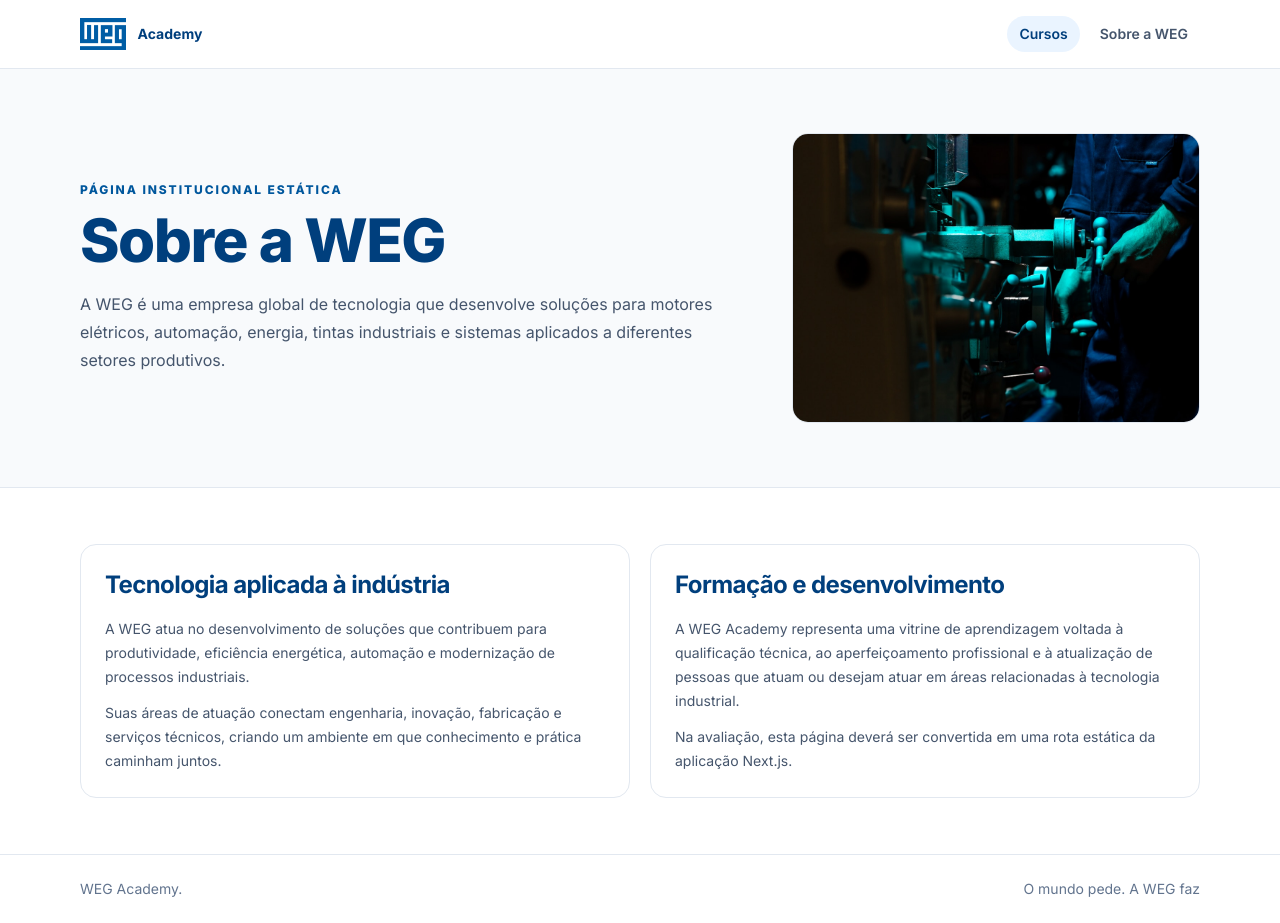
Repository: gustavoheckESTUDANTE/prova-next-mi79
Page: /sobre
The author's editor kept a copy of each file at every save. The page is drawn from the files as they stood at one save, then again after a run of saves.
The browser window is 1280 px wide. The pictures show the whole page.
The project was rebuilt for these pictures with package versions that can differ from the ones it lists, and the page was loaded fresh each time. The framework's server and built-in components were replaced by stand-ins that run in the browser. Also part of the build but not shown: next.config.mjs.

Above is the page before, as saved 2026-07-10 10:23:31.

After the next 4 saves:
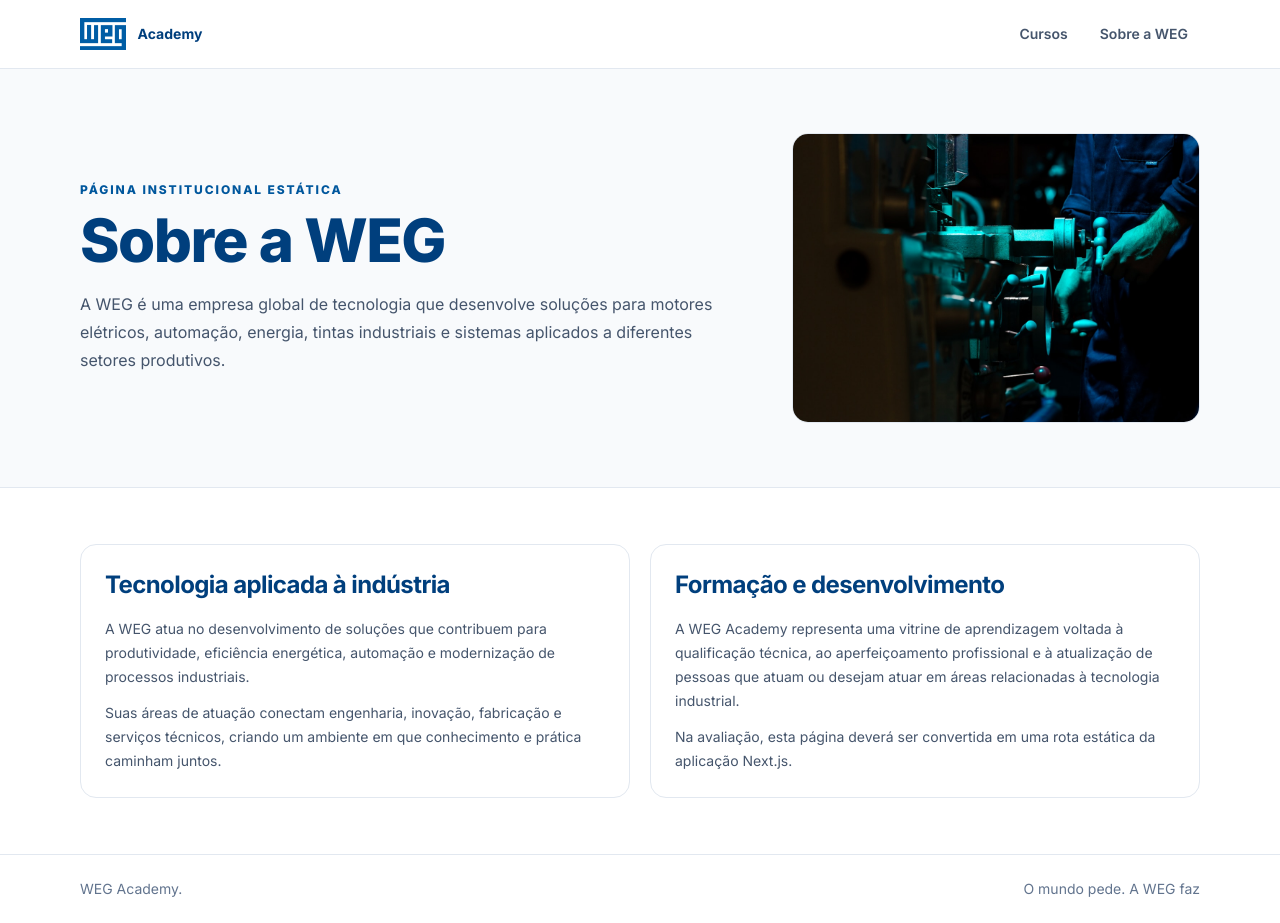
The 4 saves are shown as one change because 1 did not build or start and some came seconds apart.
The last was saved 103 s later.
--- a/src/components/shared/Header.js
+++ b/src/components/shared/Header.js
@@ -16,7 +16,7 @@
     let cursosButtonClassName;
     let aboutButtonClassName;
 
-    if (buttonState === buttonNavStates.COURSES) {
+    const switchColors = () => {if (buttonState === buttonNavStates.COURSES) {
         cursosButtonClassName = "bg-weg-light text-weg-dark"
         aboutButtonClassName = "hover:bg-slate-100"
     } else if (buttonState === buttonNavStates.ABOUT) {
@@ -25,7 +25,7 @@
     } else {
         cursosButtonClassName = "hover:bg-slate-100"
         aboutButtonClassName = "hover:bg-slate-100"
-    }
+    }}
 
     return <>
         <header className="border-b border-slate-200 bg-white">
